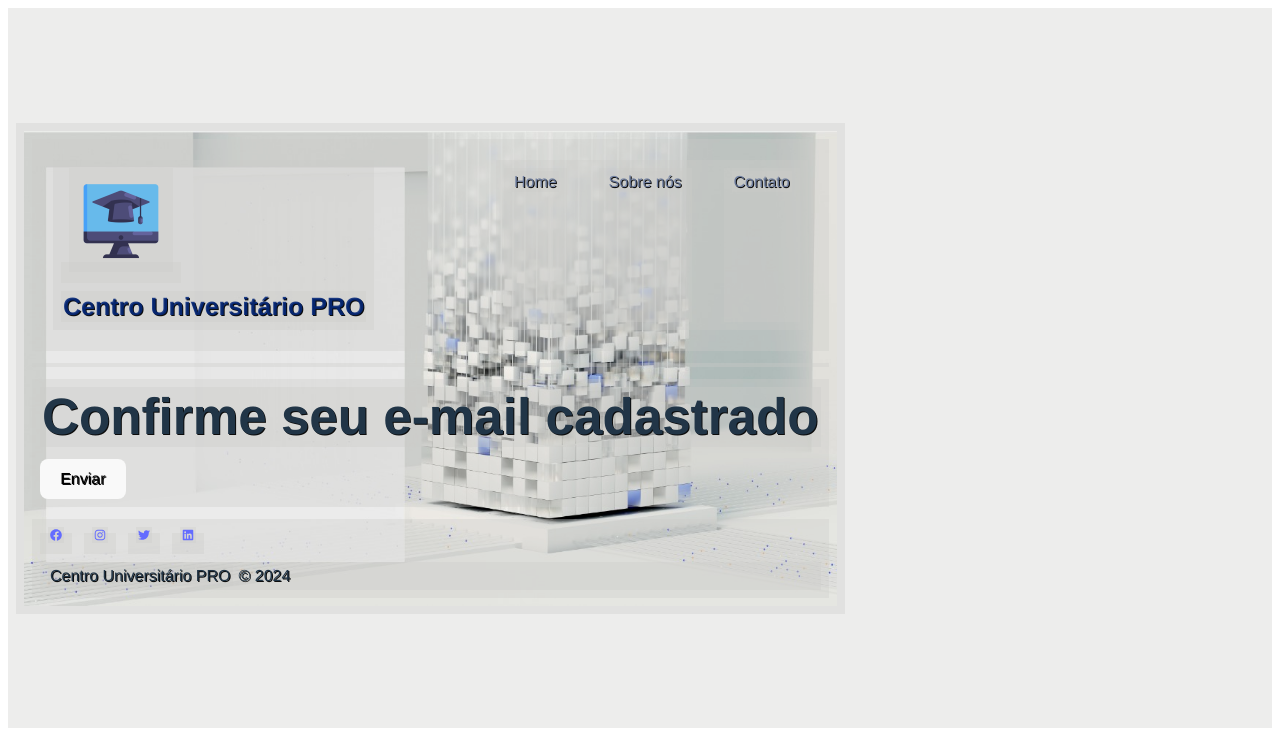
Repository: DanuziaRA/Cadastros-de-Usuarios
Page: /forget
These files come from the project's save history. The page is drawn as it stood at one moment and after a run of saves; the edit follows.
The browser window is 1280 px wide. The pictures show the whole page.
The project was rebuilt for these pictures with package versions that can differ from the ones it lists, and the page was loaded fresh each time. Also part of the build but not shown: vite.config.js, src/components/Footer.css, src/router/Contact.jsx, src/router/ErrorPage.jsx, src/router/ContactDetails.jsx, src/router/Login.css, src/router/Login.jsx, src/router/Company.jsx.

Above is the page before, as saved 2024-09-30 22:29:39.

After the next 7 saves:
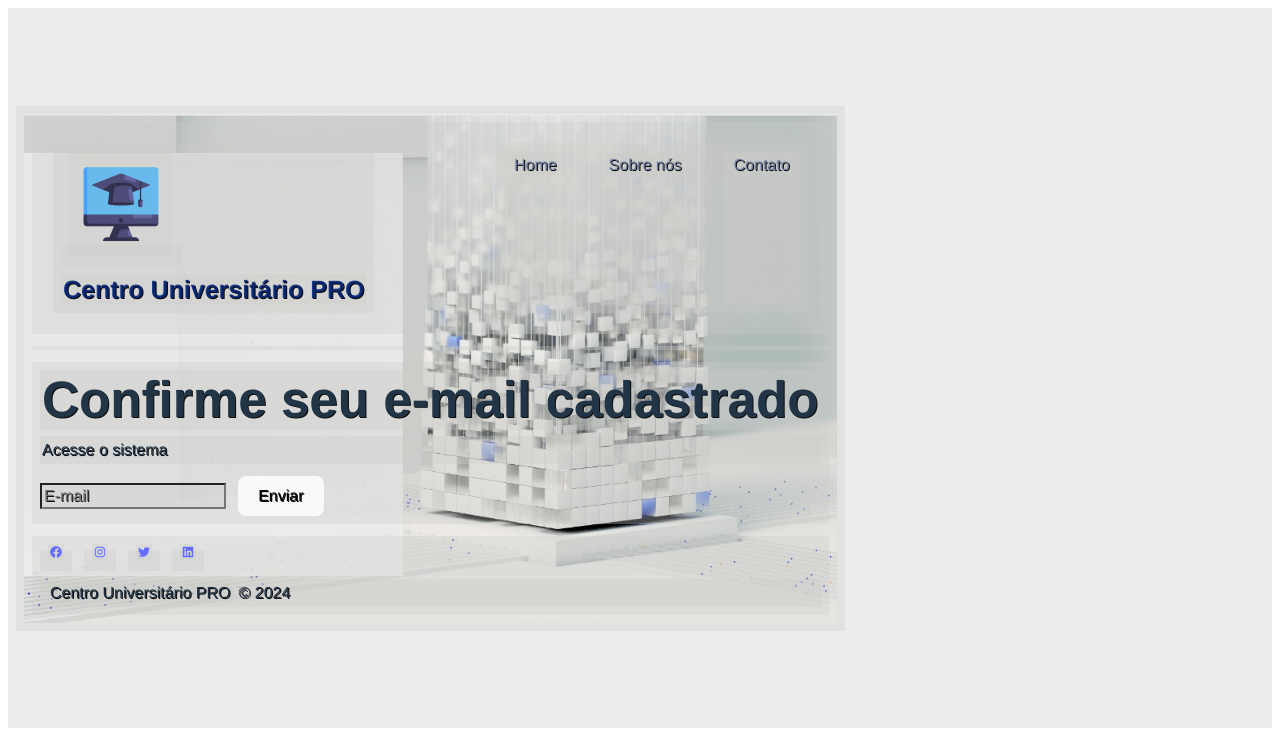
The 7 saves are shown as one change because 5 did not build or start and some came seconds apart.
The last was saved 108 s later.
--- a/src/router/Forget.jsx
+++ b/src/router/Forget.jsx
@@ -13,6 +13,11 @@ function ContactDetails () {
     return (
     <div>
         <h1>Confirme seu e-mail cadastrado {id}</h1>
+            <p>Acesse o sistema</p>
+            <input type="email"
+            placeholder = "E-mail"
+            required
+            onChange={(e) => setUsername(e.target.value)}/>
         <button onClick={handleContact}>Enviar</button>
         </div>
     );
